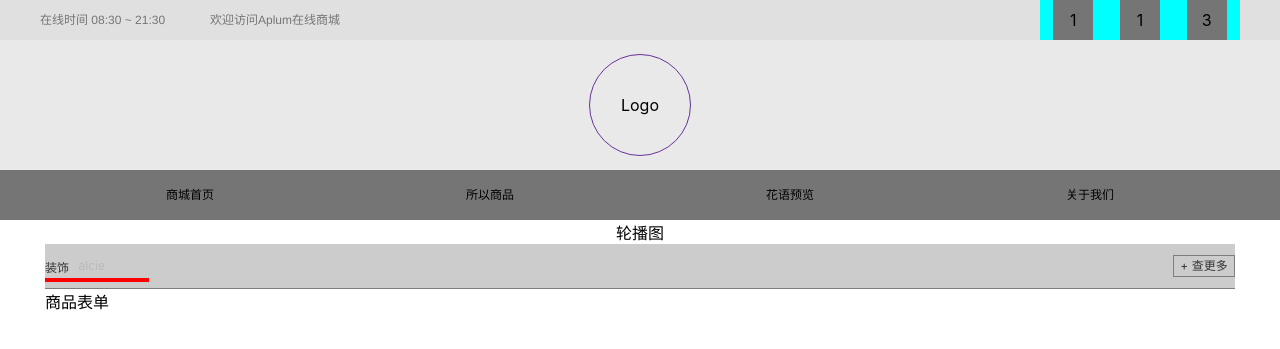
Repository: Alicehhhmm/aplum
Page: /
An editor plug-in stored every save of this project. The page is shown before and after a run of saves, followed by the edit.
The browser window is 1280 px wide. The pictures show the whole page.
The project was rebuilt for these pictures with package versions that can differ from the ones it lists, and the page was loaded fresh each time. Also part of the build but not shown: src/components/footer/index.jsx, src/components/carousel/index.scss, src/components/productList/index.scss, src/App.css.

Above is the page before, as saved 2021-10-11 16:52:57.

### src/index.js
import React from 'react';
import ReactDOM from 'react-dom';
import './index.css';
import App from './App';
import reportWebVitals from './reportWebVitals';

ReactDOM.render(
  <React.StrictMode>
    <App />

  </React.StrictMode>,
  document.getElementById('root')
);


reportWebVitals();

### src/App.js


// import Footer from './views/footer/footer';//尾部
import Footer from './components/footer';
import Body from './components/body';
import Header from './components/header';
import './App.css';

function App() {
  return (
    <div>
      <Header/>
      <Body/>
      {/* <Footer/> */}
    </div>
  );
}

export default App;

### src/components/body/index.jsx
import React,{Component} from "react";
import CarouselComp from "../carousel";
import ProductList from '../productList'
import "./index.scss"

export default class Body extends Component{

  render(){
      return(
        <div className="mun">
          <CarouselComp/>
          <div className="mun_child"></div>
          <ProductList/>
        </div>
      );
  }
}

### src/components/header/index.jsx
import React, { Component } from "react";
import './index.scss'
export default class Header extends Component{
    render(){
        const tag = ['商城首页','所以商品','花语预览','关于我们']
        return(
            <div className="mn" >
                {/* 头部小导航栏 */}
                <view className="minTop">
                    <view className='minTopft'>
                        <view className='time'>在线时间 08:30 ~ 21:30</view>
                        <view className='time'>欢迎访问Aplum在线商城</view>
                    </view>
                    <view className='minToprt'>
                        <view className="icn">1</view>
                        <view className="icn">1</view>
                        <view className="icn">3</view>
                    </view>
                </view>
                {/* 头部大导航栏 */}
                <view className="maxTop">
                    <view className="maxToptp"><span className='logo'>Logo</span></view>
                    <view className="maxTopbt">
                        {tag.map(r=>(
                             <view className="tag">{r}</view>
                        ))}
                    </view>
                </view>
            </div>
        )
    }
}

### src/components/footer/index.scss
*{
    margin: 0;
    padding: 0;
    list-style-type:none;
}
.mu{
    width: auto;
    height: 500px;
    display: flex;
    flex-direction: column;
    justify-content: space-between;
    background-color: sandybrown;
}
.mut{
    width: auto;
    height: 144px;
    line-height: 144px;
    font-size: 32px;
    font-weight: 700;
    color: #ffffff;
    font-family:Helvetica,Arial,sans-serif ;
    display: flex;
    flex-direction: column;
    justify-content: center;
    align-items: center;
    flex-grow: 0;
    background-color: rgb(2, 26, 9);
}
.mub{
    width: auto;
    display: flex;
    flex-direction: column;
    justify-content: center;
    align-items: center;
    flex-grow: 1;
    background-color: skyblue;
}
.mutt{
    width: auto;
    margin: 0 320px;
    display: flex;
    flex-grow: 1;
    background-color: tan;
}
.ttbn{
    width: 222px;
    height: 356px;
    padding: 0 12px;
    display: flex;
    flex-direction: column;
    align-items: center;
    background-color: rgb(2, 26, 9);
}
.p{
    font-size: 16px;
    line-height: 16px;
    color: #ffffff;
    font-family:Helvetica,Arial,sans-serif ;
    margin-bottom: 14px;
}
.li{
    font-size: 12px;
    color: #f9f9f9;
}
.mubb{
    width: auto;
    display: flex;
    flex-direction: row;
    justify-content: space-between;
    flex-grow: 0;
    border-top:1px solid #ffffff;
}
.bbtn{
    width: 492px;
    height: 60px;
    display: flex;
    justify-content: center;
    align-items: center;
    background-color: rgb(2, 26, 9);
}
.copright{
    font-family:  Helvetica,"sans-serif-light",sans-serif;
    font-size: 12px;
    font-weight: 300;
    color: #f9f9f9;
}
.bbtnx{
    width: 492px;
    height: 60px;
    display: flex;
    justify-content: flex-end;
    align-items: center;
    background-color: rgb(2, 26, 9);
}
.icon{
    width: 20px;
    height: 40px;
    padding: 0 5px;
    background-color: #ffffff;
}

### src/components/carousel/index.jsx
import React,{Component} from "react";
// 插件引入
import "react-responsive-carousel/lib/styles/carousel.min.css"; // requires a loader
import { Carousel } from 'react-responsive-carousel';

import "./index.scss"

export default class CarouselComp extends Component{

  render(){
      return(
        // <Carousel showArrows={true} >
        //     <div>
        //         <img src="assets/1.jpeg" />
        //         <p className="legend">Legend 1</p>
        //     </div>
        //     <div>
        //         <img src="assets/2.jpeg" />
        //         <p className="legend">Legend 2</p>
        //     </div>
        //     <div>
        //         <img src="assets/3.jpeg" />
        //         <p className="legend">Legend 3</p>
        //     </div>
        //  </Carousel>

        <div className="">
          <div className="munchild_carousel">轮播图</div>
        </div>
      );
  }
}

### src/components/productList/index.jsx
import React,{Component} from "react";
import TopList from './topList'
import "./index.scss"

export default class ProductList extends Component{

  render(){
      return(
        <div className="">
            <TopList/>
            <div className="munchild_product_list">商品表单</div>
        </div>
      );
  }
}

### src/components/body/index.scss

.mun{
    display: flex;
    flex-direction: column;
    align-items: center;
}

.mun_child{
    display: flex;
    justify-content: center;
    align-items: center;
}

### src/components/header/index.scss
*{
    margin: 0;
    padding: 0;
}


// 主体
.mn{
    background-color: #e0e0e0;
}

// 头部小导航栏
.minTop{
    height: 40px;
    line-height: 40px;
    background-color: #e0e0e0;
    padding: 0 40px;
    display: flex;
    justify-content: space-between;
    .minTopft{
        // background-color: aqua;
        width: 300px;
        display: flex;
        justify-content: space-between;
        .time{
            font-size: 12px;
            color: #757575;
            font-family:Helvetica,微软雅黑,Arial,sans-serif;
        }
    }
    .minToprt{
        background-color: aqua;
        width: 200px;
        display: flex;
        justify-content: space-around;
        .icn{
            width: 40px;
            height: 40px;
            text-align: center;
            background-color: #757575;
        }
    }
}

// 头部大导航栏
.maxTop{
    background-color: #757575;
    display: flex;
    flex-direction:column;
    .maxToptp{
        background-color: #e9e9e9;
        height: 130px;
        display: flex;
        justify-content: center;
        align-items: center;
        .logo{
            width: 100px;
            height: 100px;
            border: 1px solid rebeccapurple;
            border-radius: 50%;
            display: flex;
            justify-content: center;
            align-items: center;
        }
    }
    .maxTopbt{
        height: 50px;
        line-height: 50px;
        padding: 0 40px;
        // background-color: brown;
        display: flex;
        justify-content: space-around;
        align-items: center;
        .tag{
            width: 140px;
            font-size: 12px;
            display: flex;
            justify-content: center;
        }
    }
}

### src/components/productList/topList/index.jsx
import React,{Component} from "react";
import "./index.scss"

export default class TopList extends Component{

    render(){
        return(
            <div className="mod">
                <view className="modft">
                    <span>装饰</span>
                    <span className="modtext">alcie</span>
                </view>
                <view className="modrt">+ 查更多</view>
            </div>
        );
    }
  }

### src/components/productList/topList/index.scss


.mod{
    background-color: #ccc;
    width: 1190px;
    height: 44px;
    border-bottom:1px solid rgba(51, 51, 51, 0.5);
    display: flex;
    justify-content: space-between;
    align-items: center;
    .modft{
        width: 60px;
        font-size: 12px;
        color: #333;
        display: flex;
        flex-direction: row;
        justify-content: space-between;
        position: relative;
        .modtext{
            font-size: 12px;
            color: #bababa;
        }
        :after{
            content:'';
            width: 100px;
            // height: 20px;
            display: flex;
            flex-direction: row;
            border:2px solid red;
            position: absolute;
            top: 20px;
            left: 0;
        }
    }
    .modrt{
        width: 60px;
        height: 20px;
        border: rgba(51, 51, 51, 0.5) solid 1px;
        font-size: 12px;
        color: #333;
        text-align: center;
    }
}

Loaded but not shown: public/index.html (common file); src/index.css (common file); src/reportWebVitals.js (common file)

After the next 2 saves:
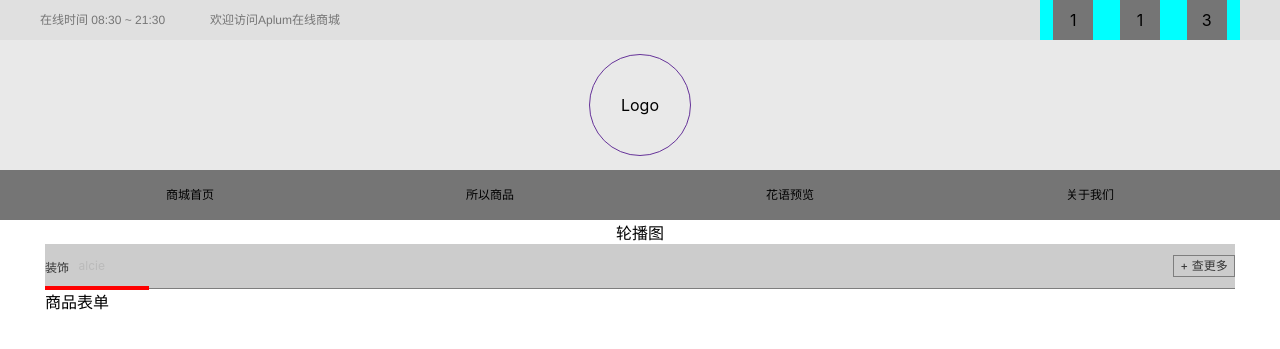
The 2 saves are shown as one change because they came seconds apart.
The last was saved 7 s later.
--- a/src/components/productList/topList/index.scss
+++ b/src/components/productList/topList/index.scss
@@ -28,7 +28,7 @@
             flex-direction: row;
             border:2px solid red;
             position: absolute;
-            top: 20px;
+            top: 28px;
             left: 0;
         }
     }
